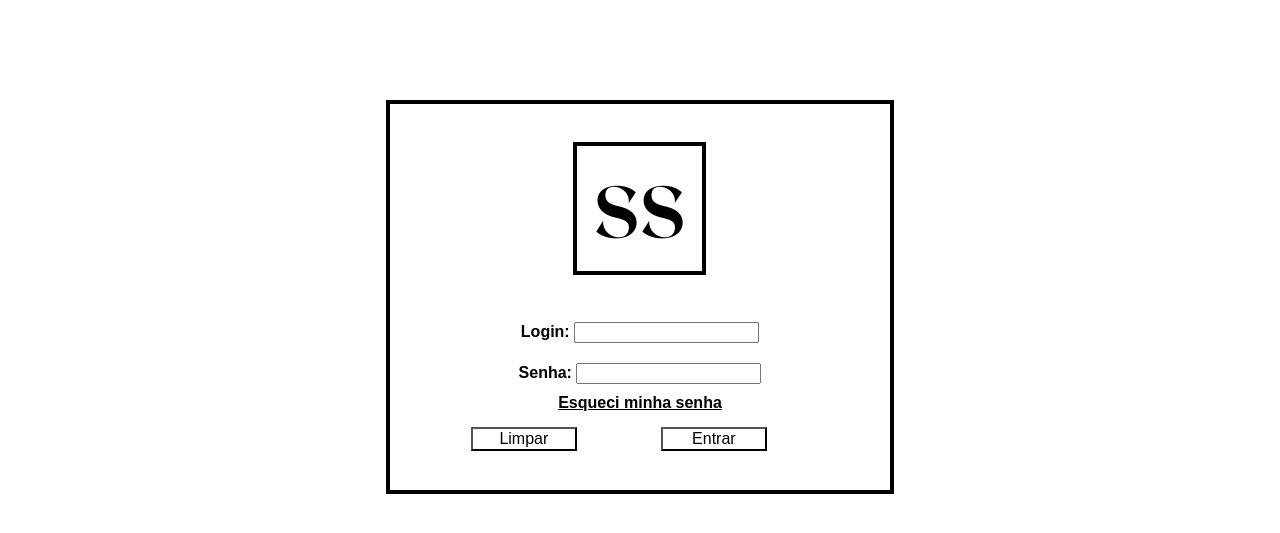
Repository: FaculdadeSenaiJoinville/PiMichelBaade
Page: http://localhost/ProjetoIndividual/
These files come from the project's save history. The page is drawn as it stood at one moment and after the next save; the edit follows.
The browser window is 1280 px wide. The pictures show the whole page.
The page is served by Tomcat 9.

Above is the page before, as saved 2021-08-18 21:39:24.

After the next save:
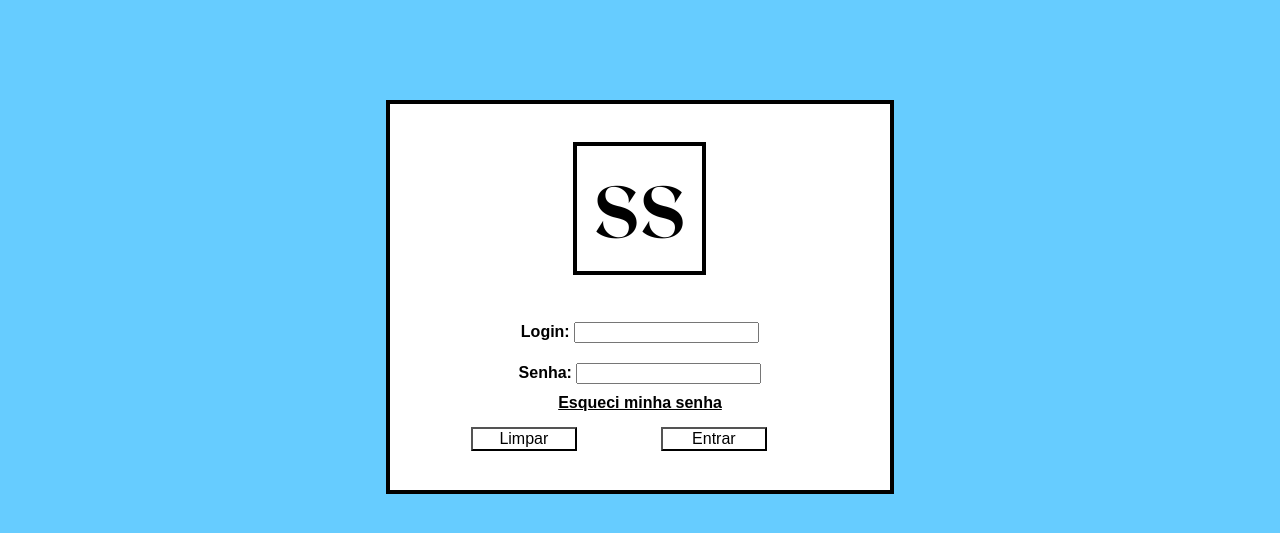
Saved 6 s later.
--- a/ProjetoIndividual/WebContent/css/site.css
+++ b/ProjetoIndividual/WebContent/css/site.css
@@ -6,7 +6,7 @@ body{
 	font-family: "Century Gothic", sans-serif;
 	height: 100%;
 	font-weight: bold;
-	background-color: ##66ccff;
+	background-color: #66ccff;
 }
 img{
 	border:4px solid #000;
